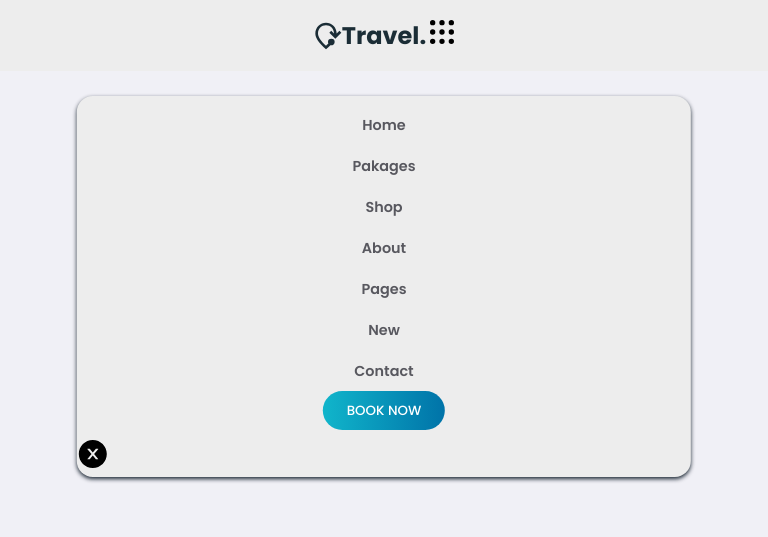
Repository: tungts3qb/TravelWebsite
Page: /
The author's editor kept a copy of each file at every save. The page is drawn from the files as they stood at one save, then again after the next save.
The browser window is 768 px wide. The pictures show the whole page.
The project was rebuilt for these pictures with package versions that can differ from the ones it lists, and the page was loaded fresh each time. Also part of the build but not shown: src/Components/Home/home.css, src/Components/Home/Home.jsx, src/Components/Main/main.css, src/Components/Main/Main.jsx, src/Components/Footer/footer.css, src/Components/Footer/Footer.jsx.

Above is the page before, as saved 2023-03-21 15:31:50.

After the next save:
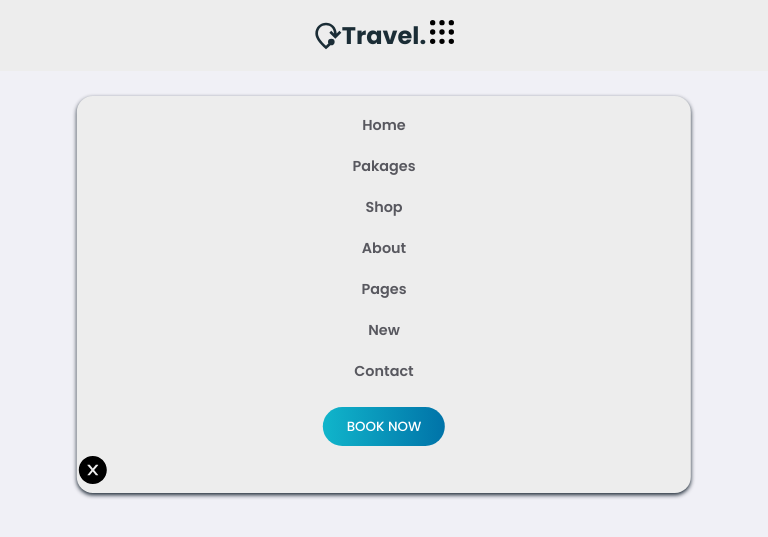
Saved 53 s later.
--- a/src/Components/Navbar/navbar.css
+++ b/src/Components/Navbar/navbar.css
@@ -62,4 +62,7 @@
   .header .navBar .navLists .navItem .navLink :hover {
     color: var(--PrimaryColor);
   }
-}/*# sourceMappingURL=navbar_20230321153150.css.map */
+  .header .navBar .navLists .btn {
+    margin-top: 1rem;
+  }
+}/*# sourceMappingURL=navbar_20230321153243.css.map */
